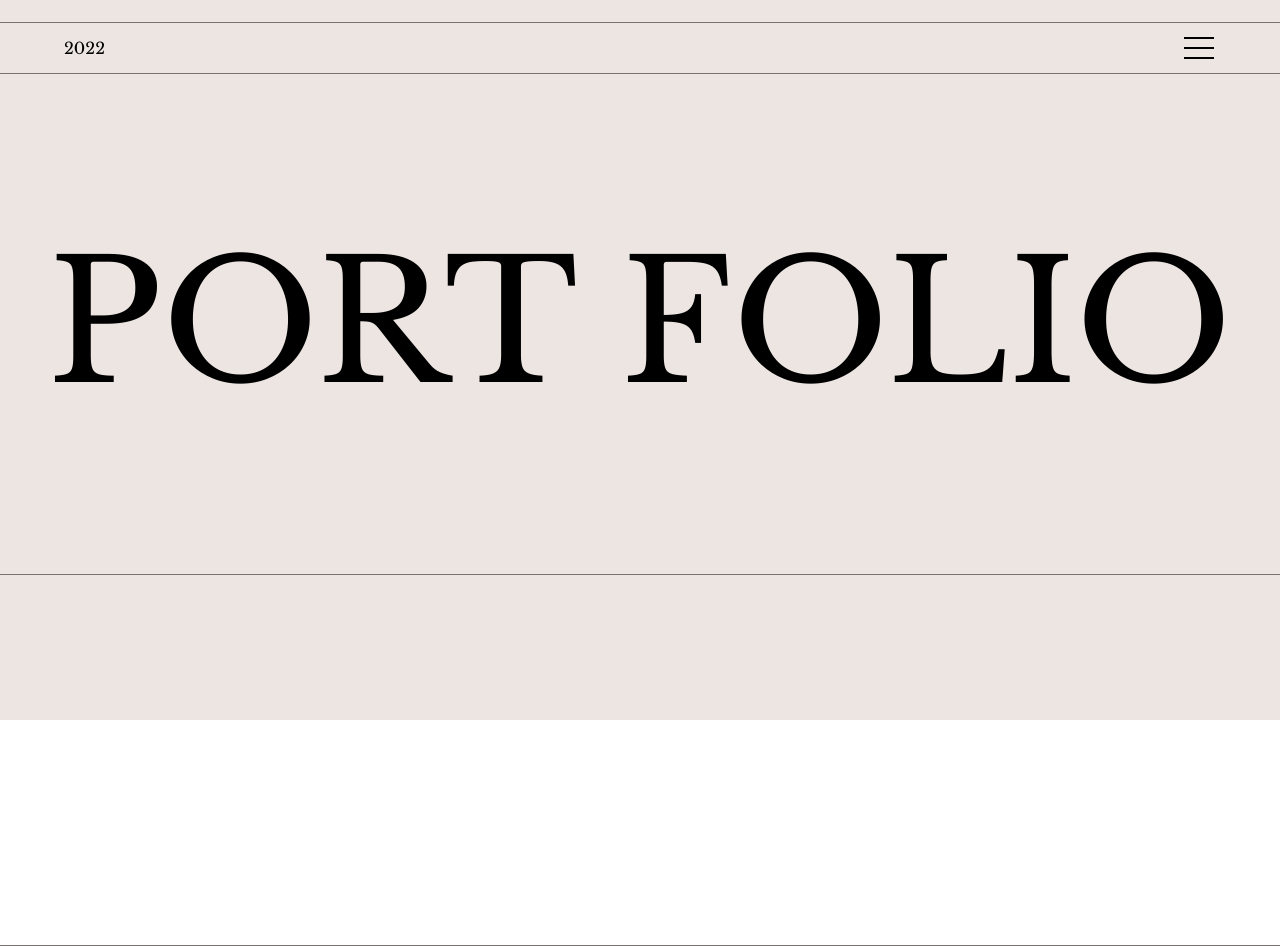
Repository: clsrnemfdml/portfolio_parksj_versiton1
Page: index.html
The author's editor kept a copy of each file at every save. The page is drawn from the files as they stood at one save, then again after the next save.
The browser window is 1280 px wide. The pictures show the whole page.

Above is the page before, as saved 2021-09-02 07:16:04.

### index.html
<!DOCTYPE html>
<html lang="en">
<head>
    <meta charset="UTF-8">
    <meta http-equiv="X-UA-Compatible" content="IE=edge">
    <meta name="viewport" content="width=device-width, initial-scale=1.0">
    <title>parkjs portfolio</title>
    <meta name="descripsion" content="박수진의 포트폴리오 입니다.">
    <link rel="stylesheet" href="css/reset.css">
    <link rel="stylesheet" href="css/index.css">
    <style> @import url('https://fonts.googleapis.com/css2?family=Libre+Baskerville&display=swap');</style>
    <script src="js/index.js"></script>

</head>
<body>
    <div id="wrap">
        <section id="section1">
            <div class="menu">
                <p>2022</p>
                <span>
                </span>
            </div>
            <div class="content">
                <h6>PORT FOLIO</h6>
            </div>
            <div class="content_bottom">

            </div>
        </section>
    </div>

</body>
</html>

### css/index.css


#wrap{width: 100%; height: auto;}




/*section1 */
#wrap #section1{height: 100vh; width: 100%; background: #ECE5E1;
    font-family: 'Libre Baskerville', serif;}
#wrap #section1 .menu{width: 100%; height: 50px; border-bottom: 1px solid #767371;
    border-top: 1px solid #767371; position: relative; top: 22px;

}
#wrap #section1 .menu p{line-height: 50px; padding-left: 5%; display: inline-block;}
#wrap #section1 .menu span{
    display: block;
    position: absolute;
    right: 4%;
    top: 50%;
    transform: translate(-50%, -50%);
    width: 30px;
    height: 2px;
    background: rgb(0, 0, 0);
    float: right;
}
    #wrap #section1 .menu span::before{
    content: '';
    width: 30px;
    height: 2px;
    background: rgb(0, 0, 0);
    position: absolute;
    left: 0;
    bottom: 10px;
    transform: rotate(0deg);
    transition-duration: .3s;
}
    #wrap #section1 .menu span::after{
        content: '';
        width: 30px;
        height: 2px;
        background: rgb(0, 0, 0);
        position: absolute;
        left: 0;
        top: 10px;
        transform: rotate(0deg);
        transition-duration: .3s;
    }

    #wrap #section1 .content{
        height: 500px; position: relative; width: 100%;
        font-size: 13vw;
        text-align: center;
        margin-top: 22px;
        border-bottom: 1px solid #767371;

    }
    #wrap #section1 .content h6{
        position: absolute;
        width: 100%;
        top: 50%;
        left: 50%;
        transform: translate(-50% , -50%);
        font-weight: 300;
    }

    #wrap #section1 .content_bottom{
        height: 370px;
        width: 100%;
        position: absolute;
        border-bottom: 1px solid #767371;
    }


    #wrap #section1 .content_bottom .rsum1{
        width: 33.333%;
        height: 100px;
        background: rebeccapurple;
    }

Loaded but not shown: css/reset.css (common file); js/index.js (no stored copy; drawn as an empty file)

After the next save:
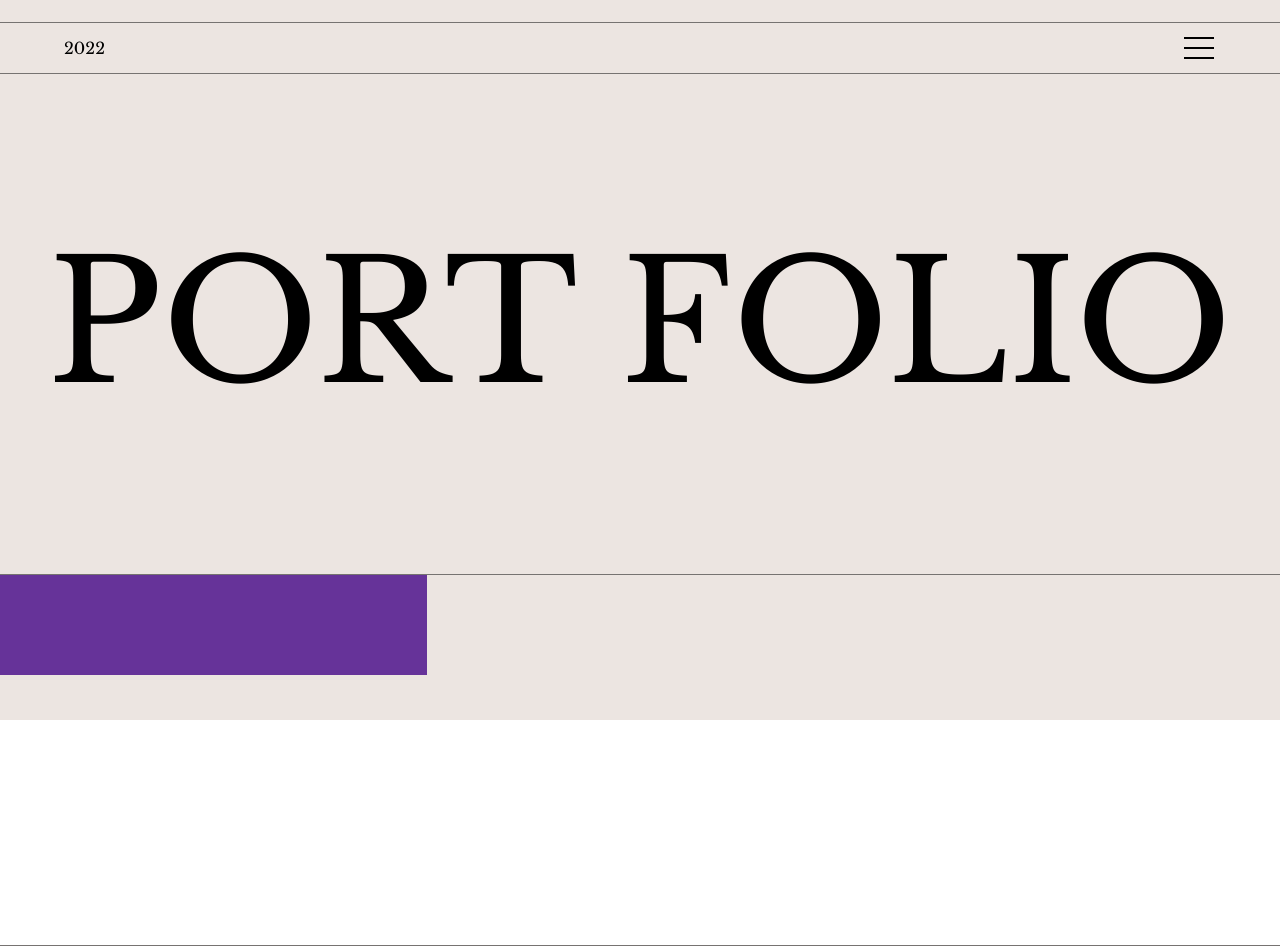
Saved 9 s later.
--- a/index.html
+++ b/index.html
@@ -24,7 +24,9 @@
                 <h6>PORT FOLIO</h6>
             </div>
             <div class="content_bottom">
-
+                <div class="rsum1"></div>
+                <div class="rsum2"></div>
+                <div class="rsum3"></div>
             </div>
         </section>
     </div>

After the save that followed:
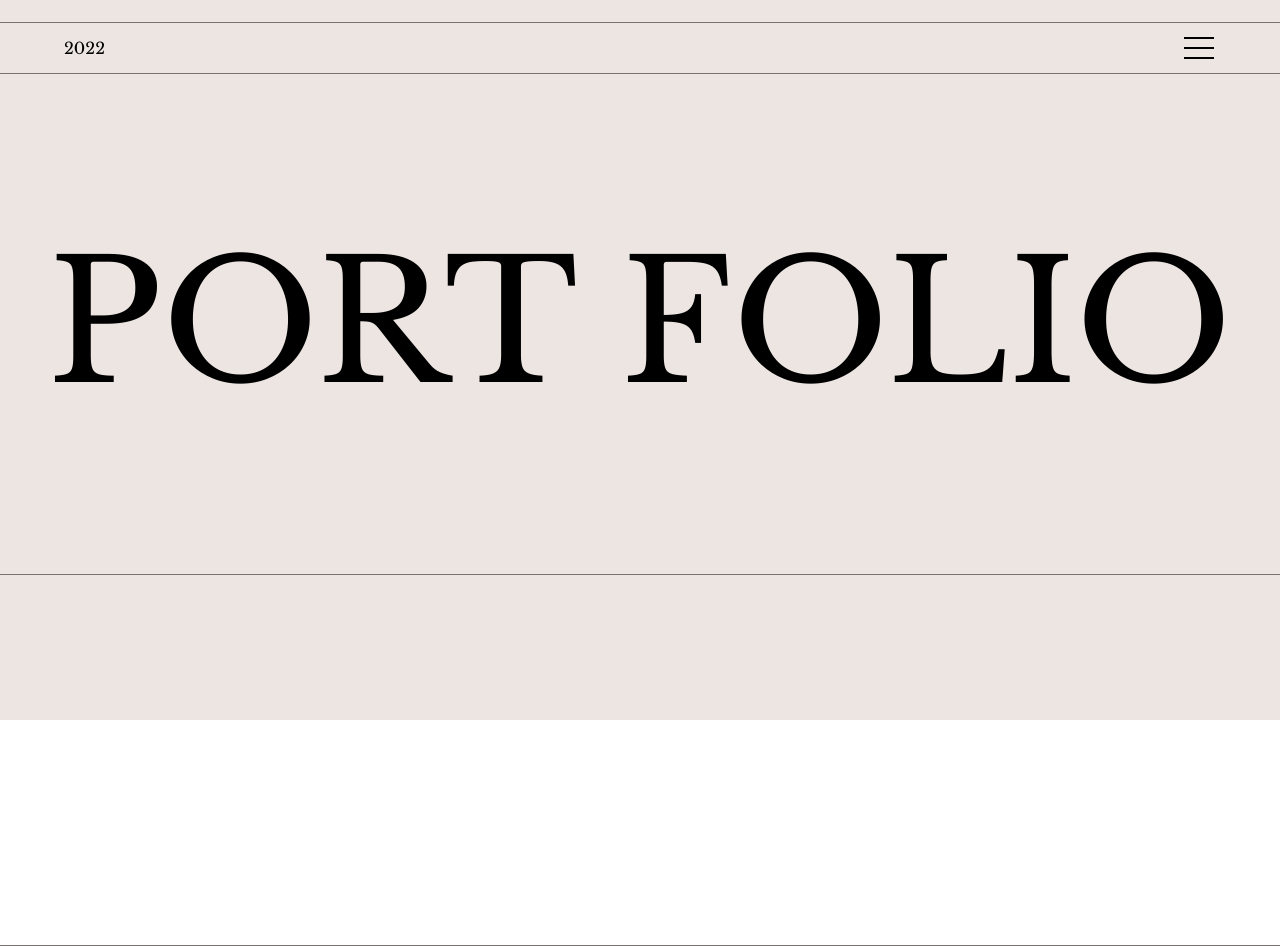
Saved 10 s later.
--- a/css/index.css
+++ b/css/index.css
@@ -74,6 +74,6 @@
 
     #wrap #section1 .content_bottom .rsum1{
         width: 33.333%;
-        height: 100px;
+        height: auto;
         background: rebeccapurple;
     }
